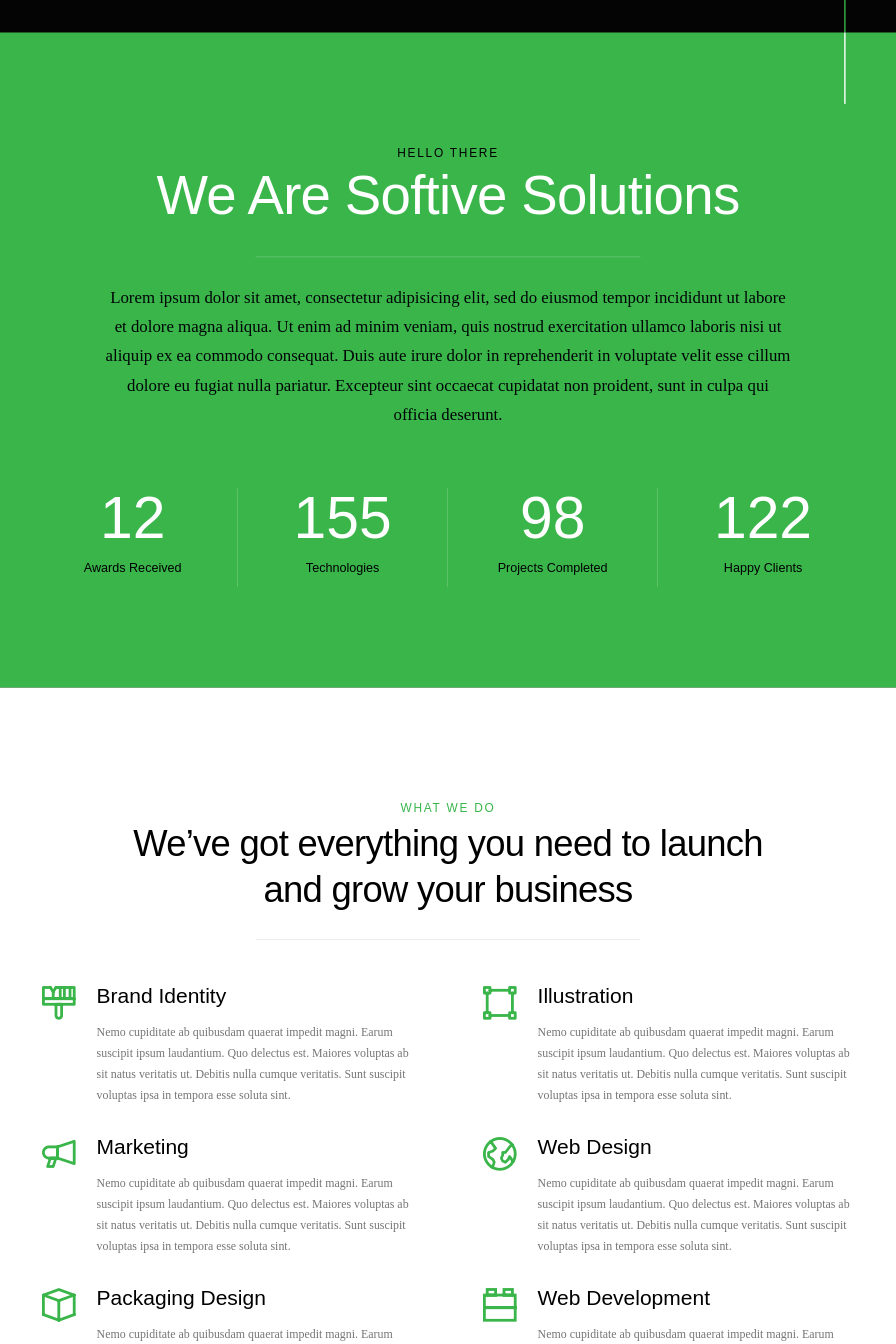
Repository: ahsankalim09/light-Agency
Page: index.html
These files come from the project's save history. The page is drawn as it stood at one moment and after the next save; the edit follows.
The browser window is 1280 px wide. The pictures show the part of the page from y = 848 to 2768 px (the page is 8556 px tall before and 9159 px after), at 70% of full size.
Some web fonts or font styles are not loaded; a fallback is used.

Above is the page before, as saved 2020-12-27 18:54:29.

After the next save:
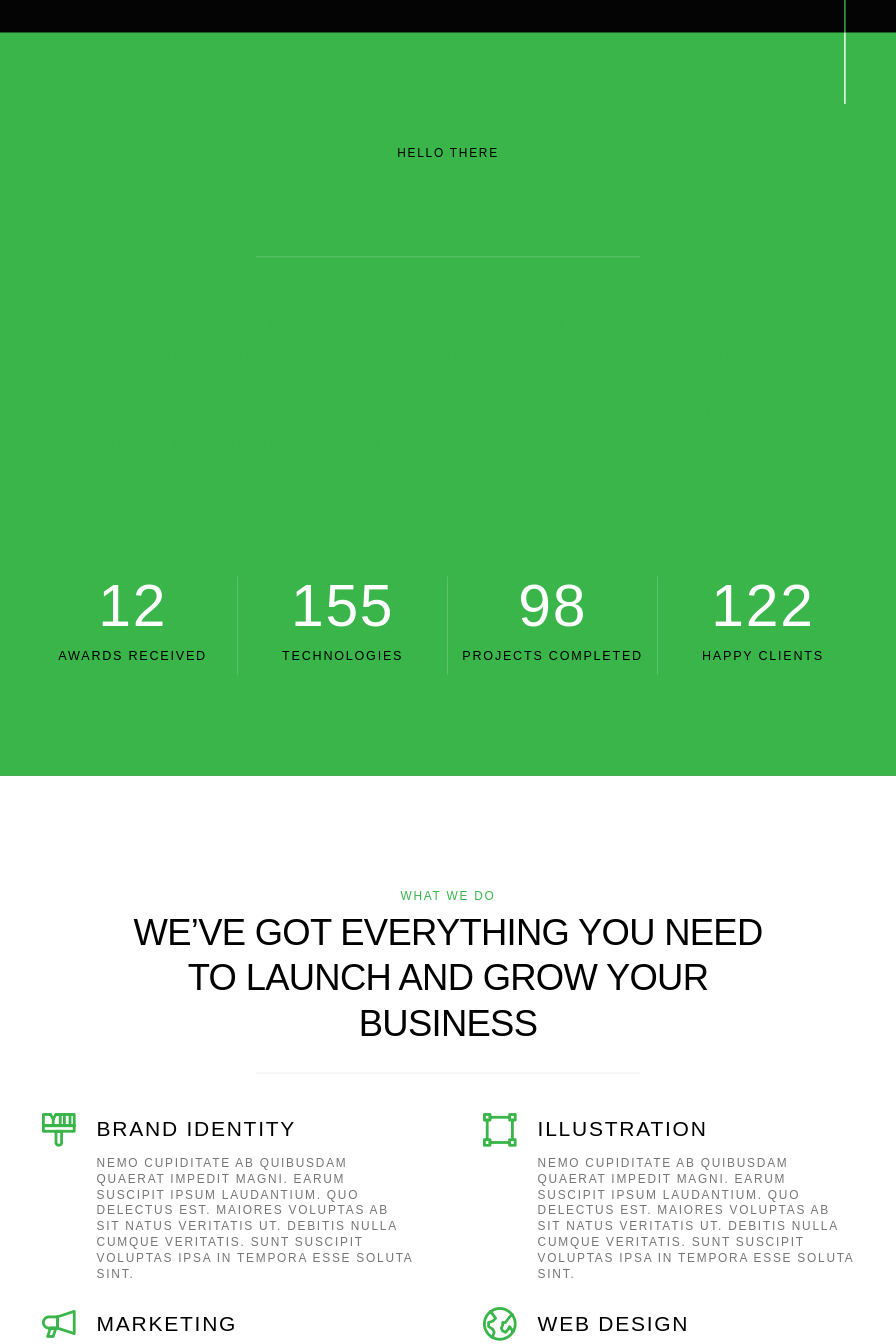
Saved 96 s later.
--- a/index.html
+++ b/index.html
@@ -123,7 +123,7 @@
 <div class="row section-header has-bottom-sep" data-aos="fade-up">
 <div class="col-full">
 <h3 class="subhead subhead--dark">Hello There</h3>
-<h1 class="display-1 display-1--light"> <span class="fs-6"> We Are </span> Softive Solutions</h1>
+<h1 class="display-1 display-1--light"> <small class="subhead"> We Are </span> Softive Solutions</h1>
 </div>
 </div>
 <div class="row about-desc" data-aos="fade-up">

After the save that followed:
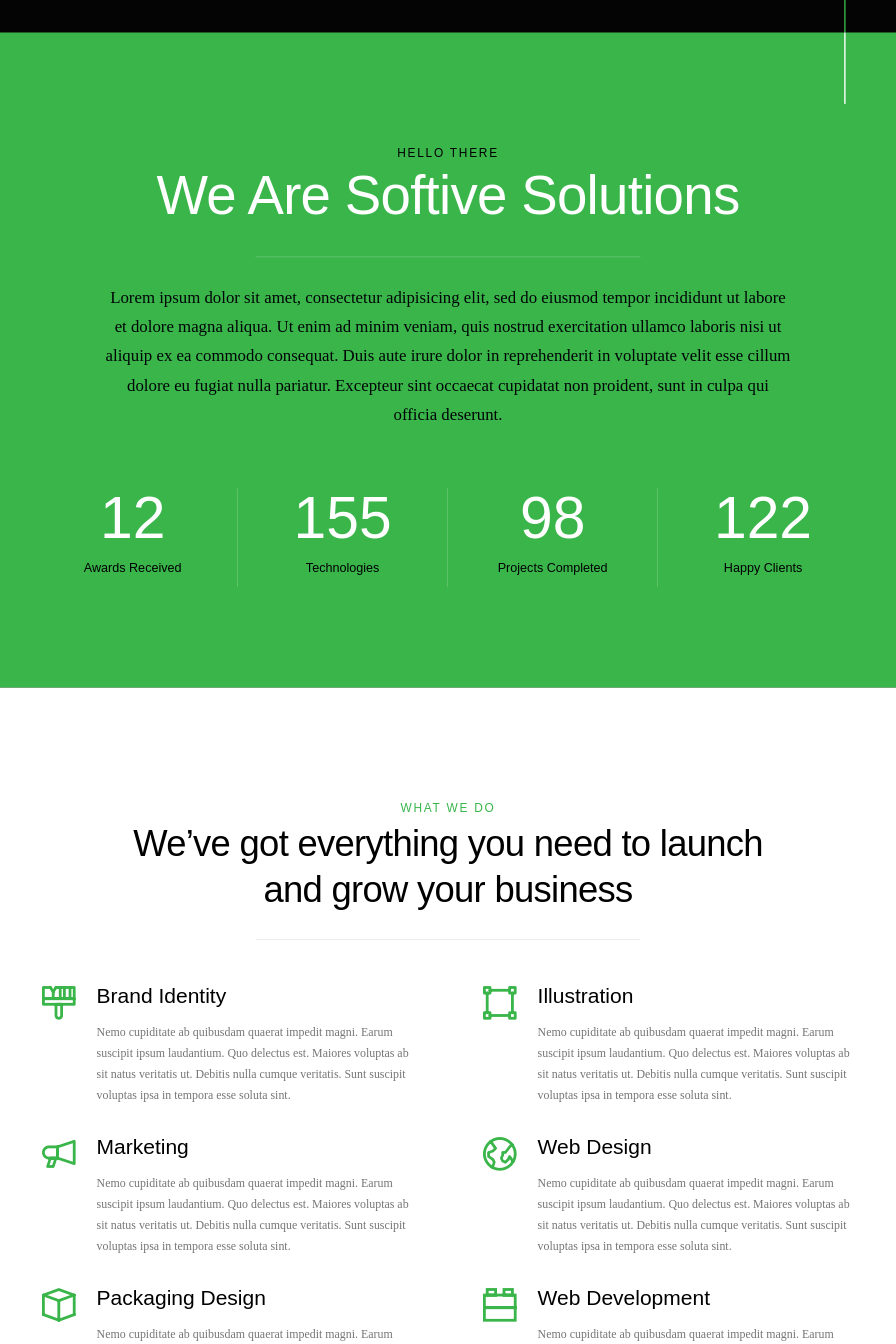
Saved 34 s later.
--- a/index.html
+++ b/index.html
@@ -123,7 +123,7 @@
 <div class="row section-header has-bottom-sep" data-aos="fade-up">
 <div class="col-full">
 <h3 class="subhead subhead--dark">Hello There</h3>
-<h1 class="display-1 display-1--light"> <small class="subhead"> We Are </span> Softive Solutions</h1>
+<h1 class="display-1 display-1--light"> <span> We Are </span>Softive Solutions</h1>
 </div>
 </div>
 <div class="row about-desc" data-aos="fade-up">
